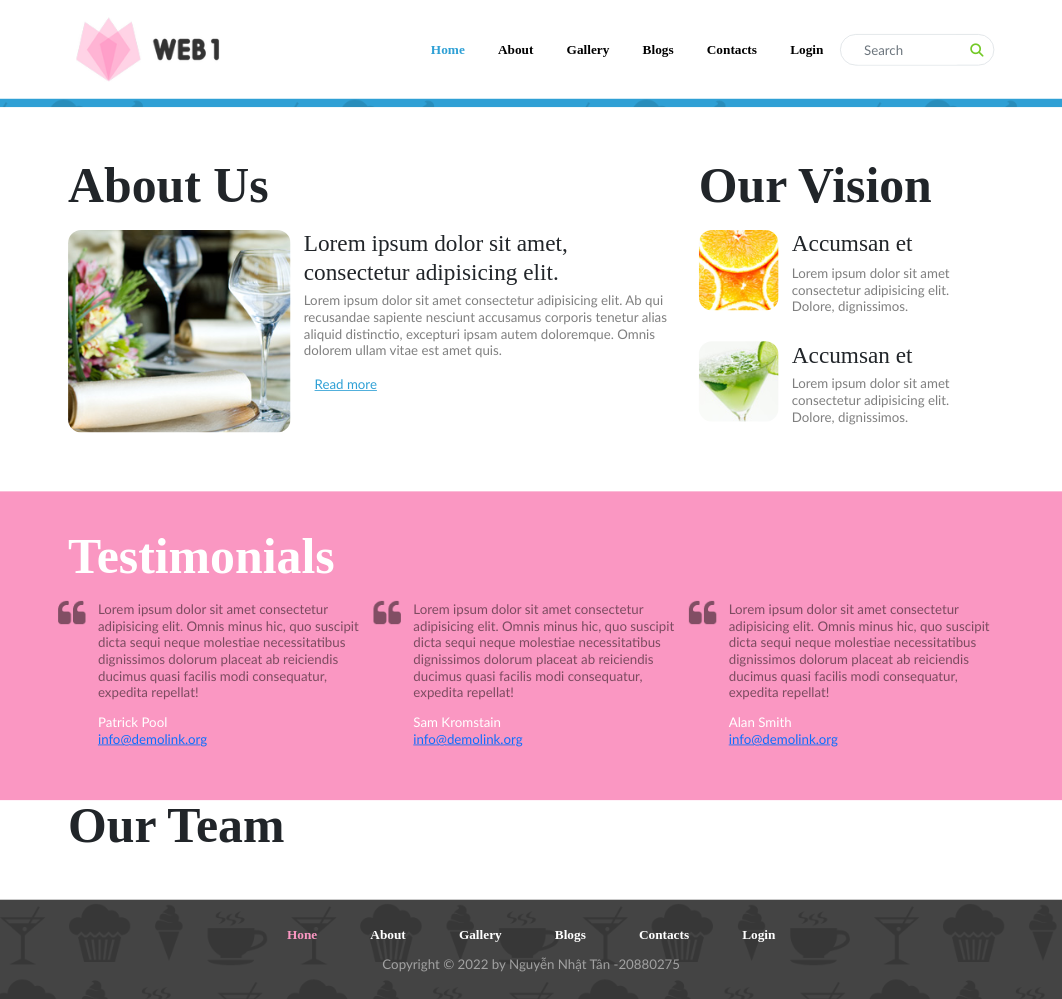
Repository: carembanhkem/web1-20880275
Page: about.html
The author's editor kept a copy of each file at every save. The page is drawn from the files as they stood at one save, then again after a run of saves.
The browser window is 1280 px wide. The pictures show the whole page, at 83% of full size.
Some web fonts or font styles are not loaded; a fallback is used. Some web libraries are served in a nearby version.

Above is the page before, as saved 2023-02-06 11:37:03.
Console error: ReferenceError: bootstrap is not defined

After the next 3 saves:
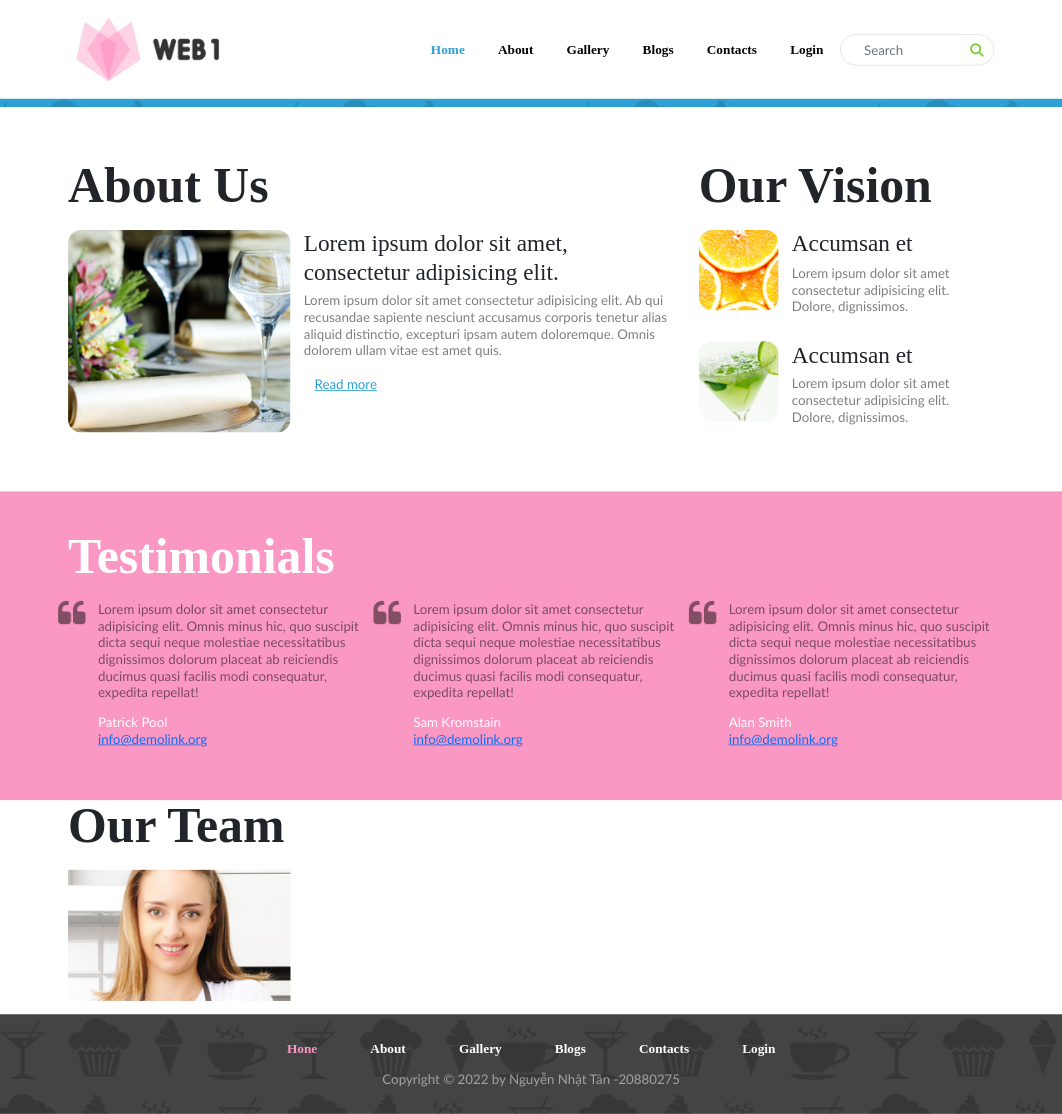
The 3 saves are shown as one change because they came seconds apart.
The last was saved 10 s later.
--- a/about.html
+++ b/about.html
@@ -117,7 +117,7 @@
             <h1>Our Team</h1>
             <div class="row py-3">
                 <div class="col">
-                    <img src="" alt="">
+                    <img src="images/our-team/team-1.jpg" alt="">
                 </div>
             </div>
         </div>
